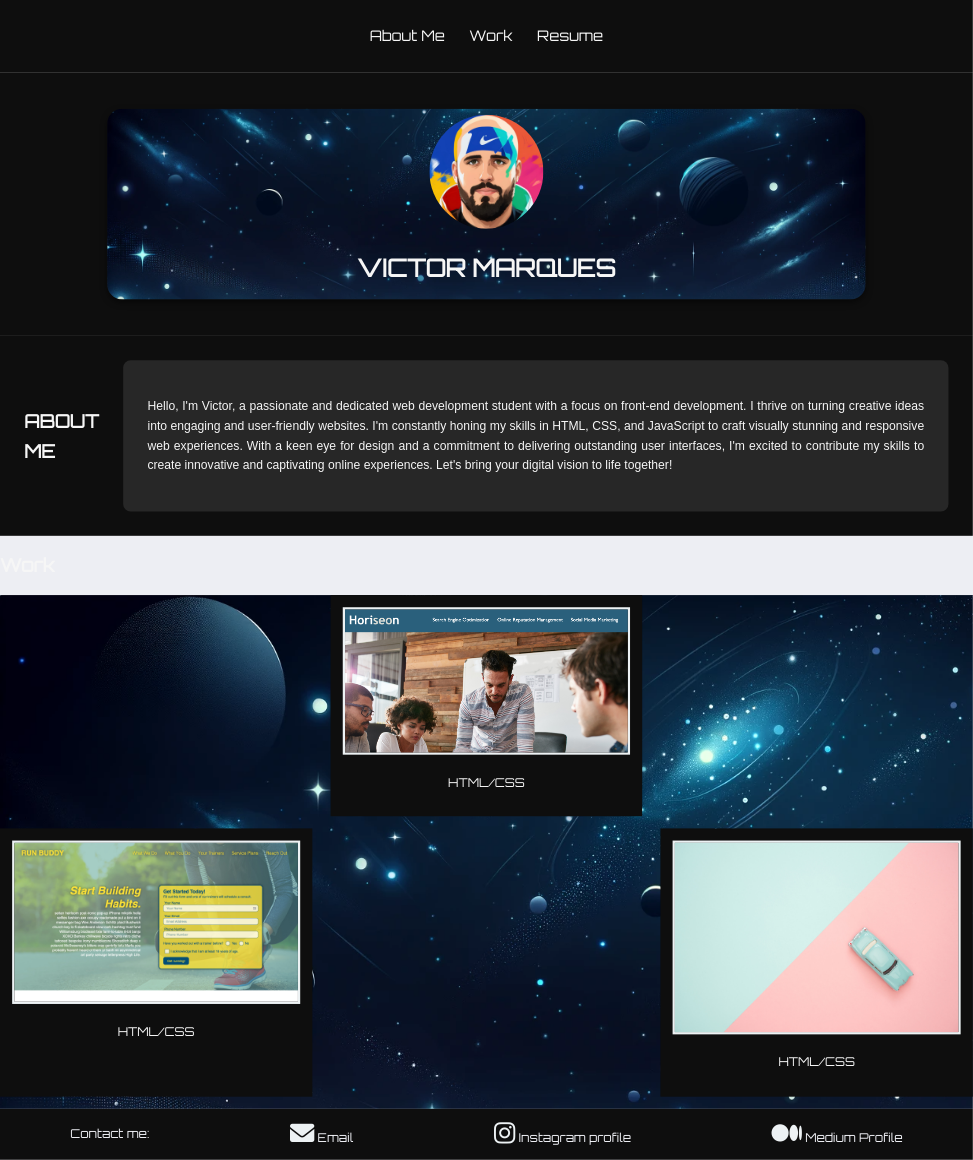
Repository: uvee35/Challenge2-Victor
Page: index.html
An editor plug-in stored every save of this project. The page is shown before and after the next save, followed by the edit.
The browser window is 1280 px wide. The pictures show the whole page, at 76% of full size.

Above is the page before, as saved 2023-12-12 22:06:08.

After the next save:
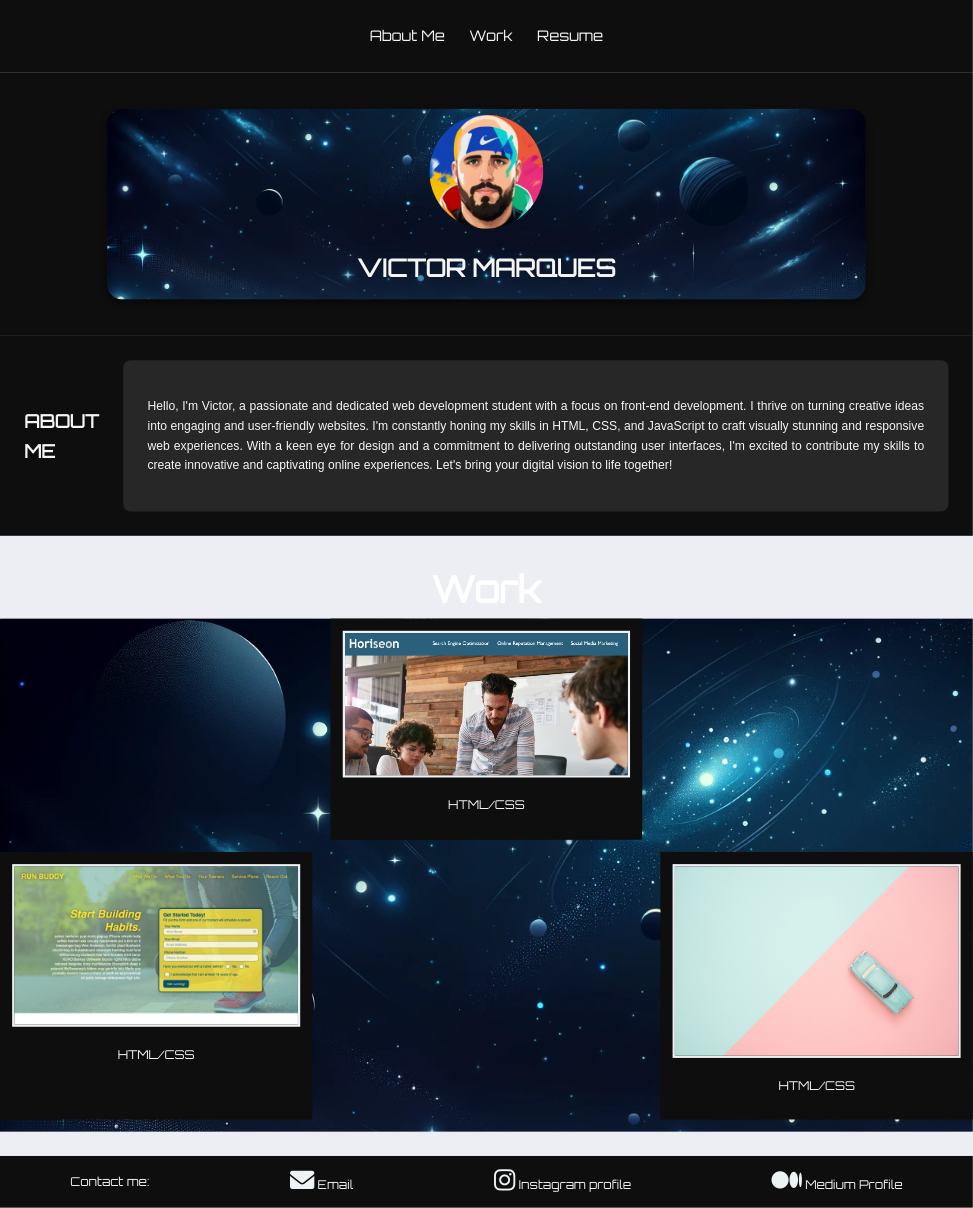
Not found: assets/path-to-your-background-image.jpg
Saved 25 s later.
--- a/assets/style.css
+++ b/assets/style.css
@@ -27,6 +27,22 @@
 .project {
   overflow: hidden;
 }
+/* Work section header */
+.work-section-header {
+  background: url('path-to-your-background-image.jpg') no-repeat center center;
+  background-size: cover;
+  text-align: center;
+  padding: 2rem 0; /* Adjust the padding to increase or decrease the space */
+}
+
+.work-section-header h2 {
+  font-size: 3rem; /* Adjust the size of the heading */
+  color: #ffffff; /* Adjust the color of the heading */
+  margin: 0; /* Remove default margin */
+  padding: 0; /* Remove default padding */
+  /* Add more styling as needed */
+}
+
 
 .project:hover .work__image {
   transform: scale(1.05);
@@ -184,7 +200,6 @@
 .social-icon {
   font-size: 2rem;
   color: var(--accent-color);
-  background-color: #0e0e0e;
 }
 .work__projects {
   display: grid;

After the 2 saves that followed:
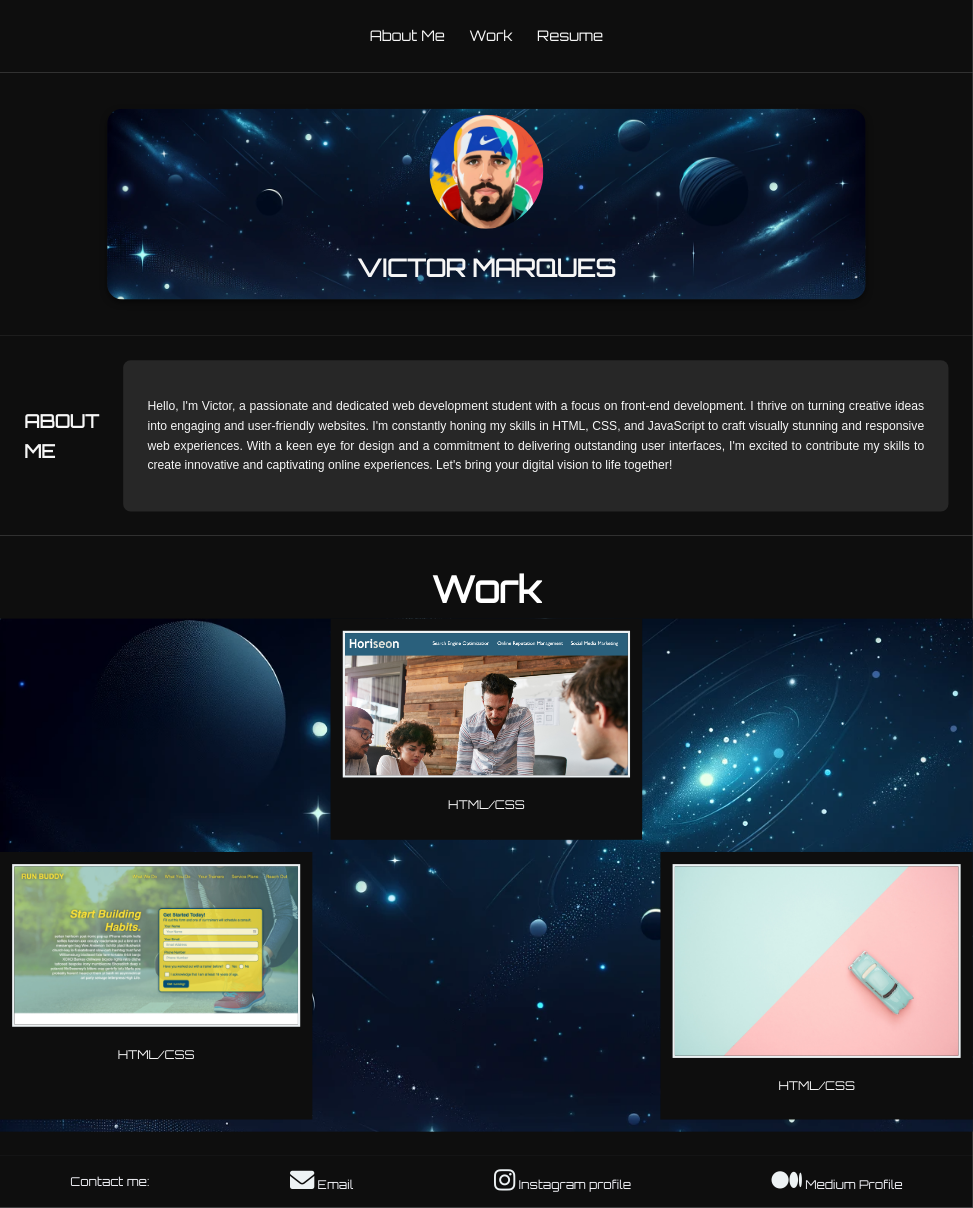
The 2 saves are shown as one change because 1 left the picture as it was.
The last was saved 42 s later.
--- a/assets/style.css
+++ b/assets/style.css
@@ -29,10 +29,10 @@
 }
 /* Work section header */
 .work-section-header {
-  background: url('path-to-your-background-image.jpg') no-repeat center center;
   background-size: cover;
   text-align: center;
-  padding: 2rem 0; /* Adjust the padding to increase or decrease the space */
+  padding: 2rem 0;
+  background-color: #0e0e0e;
 }
 
 .work-section-header h2 {
